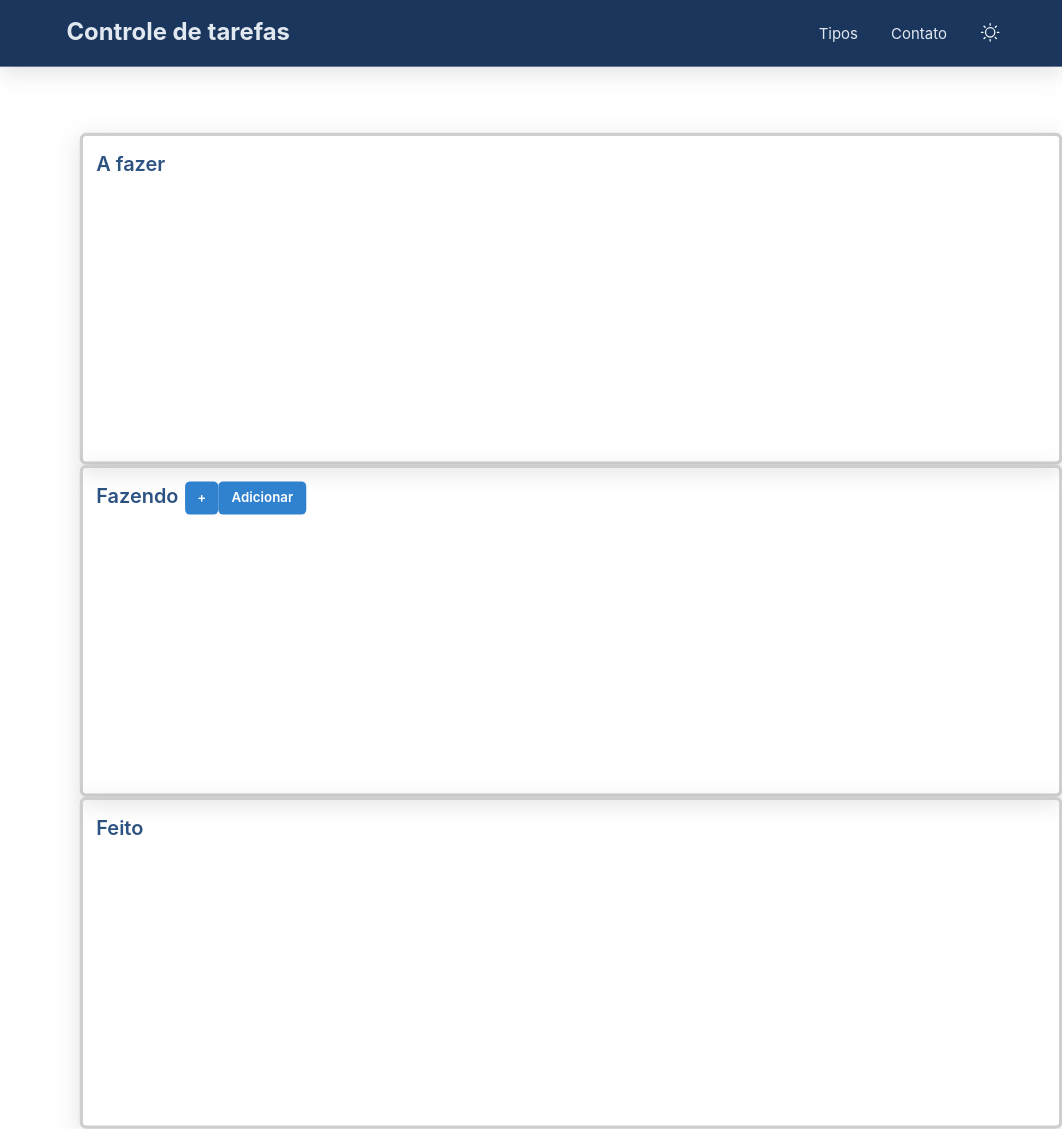
Repository: leosulzbach/Hackaton-Relampago
Page: /home (app in Front/)
These files come from the project's save history. The page is drawn as it stood at one moment and after the next save; the edit follows.
The browser window is 1280 px wide. The pictures show the whole page, at 83% of full size.
The page's requests for data from a server got no answer. The project was rebuilt for these pictures with package versions that can differ from the ones it lists, and the page was loaded fresh each time. No one was signed in, and anything a server would have sent is missing. Also part of the build but not shown: Front/vite.config.ts, Front/src/Components/Cards/CadInfo.styles.ts, Front/src/Components/Cards/CardInfo.tsx, Front/src/Components/Cards/Cards.styles.ts, Front/src/Components/Cards/Card.tsx.

Above is the page before, as saved 2022-11-07 16:39:23.

After the next save:
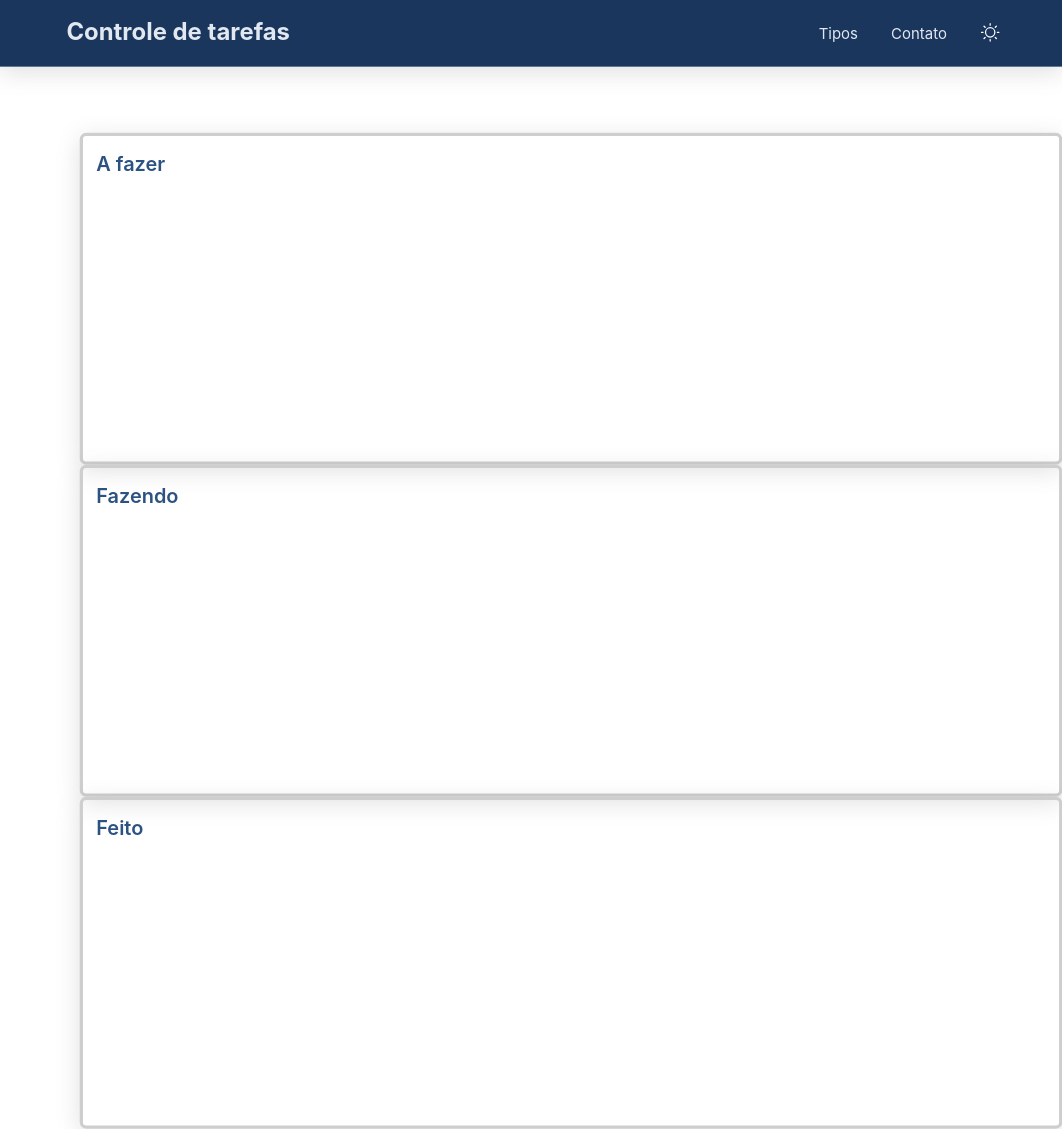
Saved 73 s later.
--- a/Front/src/Pages/home.tsx
+++ b/Front/src/Pages/home.tsx
@@ -82,13 +82,7 @@ export const Home = () => {
                         fontWeight={"semibold"}
                         color={"blue.700"}
                     >Fazendo
-                        <Button
-                            colorScheme='blue'
-                            w={"2rem"}
-                            ml={2}
-                        >+</Button>
-
-                        <Button colorScheme='blue'>Adicionar</Button></Text>
+                       </Text>
                 </Box>
                 <Box
                     border={"4px solid #cecece"}
